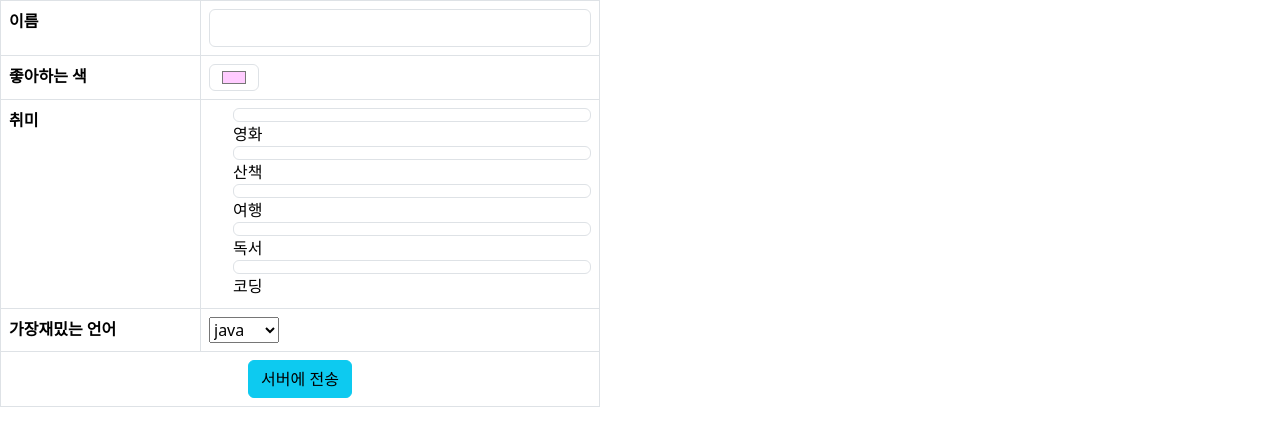
Repository: UZCHA/Sist0103Project
Page: http://localhost/SpringMvcTest/WEB-INF/info/infoform.jsp
An editor plug-in stored every save of this project. The page is shown before and after the next save, followed by the edit.
The browser window is 1280 px wide. The pictures show the whole page.
Some web fonts or font styles are not loaded; a fallback is used. The page is served by Tomcat 9. Nobody is signed in. The template is opened directly, without the code that normally fills it, so the values that code supplies are empty.

Above is the page before, as saved 2024-05-07 01:11:57.

### sts3work/SpringMvcTest/src/main/webapp/WEB-INF/info/infoform.jsp
<%@ page language="java" contentType="text/html; charset=utf-8"
    pageEncoding="utf-8"%>
<%@ taglib prefix="c" uri="http://java.sun.com/jsp/jstl/core" %>
<%@ taglib prefix="fmt" uri="http://java.sun.com/jsp/jstl/fmt" %>
<!DOCTYPE html>
<html>
<head>
<meta charset="UTF-8">
<link href="https://cdn.jsdelivr.net/npm/bootstrap@5.3.2/dist/css/bootstrap.min.css" rel="stylesheet">
<link href="https://fonts.googleapis.com/css2?family=Dongle&family=Gaegu&family=Nanum+Pen+Script&family=Noto+Sans+KR:wght@100..900&family=Noto+Serif+KR&display=swap" rel="stylesheet">
<script src="https://code.jquery.com/jquery-3.7.0.js"></script>
<title>Insert title here</title>
</head>
<body>
	<form action="" method="post">
		<table class="table table-bordered" style="width: 600px;">
			<tr>
				<th width="200">이름</th>
				<td>
					<input type="text" name="name" class="form-control">
				</td>
			</tr>
			<tr>
				<th>좋아하는 색</th>
				<td>
					<input type="color" name="color" class="form-control"
					value="#ffccff" style="width: 50px;">
				</td>
			</tr>
			<tr>
				<th>취미</th>
				<td>
				<div class="form-check">
					<input type="checkbox" name="hobby" class="form-control"
					value="영화">영화
					<input type="checkbox" name="hobby" class="form-control"
					value="산책">산책
					<input type="checkbox" name="hobby" class="form-control"
					value="여행">여행
					<input type="checkbox" name="hobby" class="form-control"
					value="독서">독서
					<input type="checkbox" name="hobby" class="form-control"
					value="코딩">코딩
				</div>
				</td>
			</tr>
			<tr>
				<th>가장재밌는 언어</th>
				<td>
					<select name="lang">
						<option value="java">java</option>
						<option value="html">html</option>
						<option value="ajax">ajax</option>
						<option value="spring">spring</option>
					</select>
				</td>
			</tr>
			<tr>
				<td colspan="2" align="center">
				<button type="submit" class="btn btn-info">서버에 전송</button>
				</td>
			</tr>
		</table>
	</form>
</body>
</html>

After the next save:
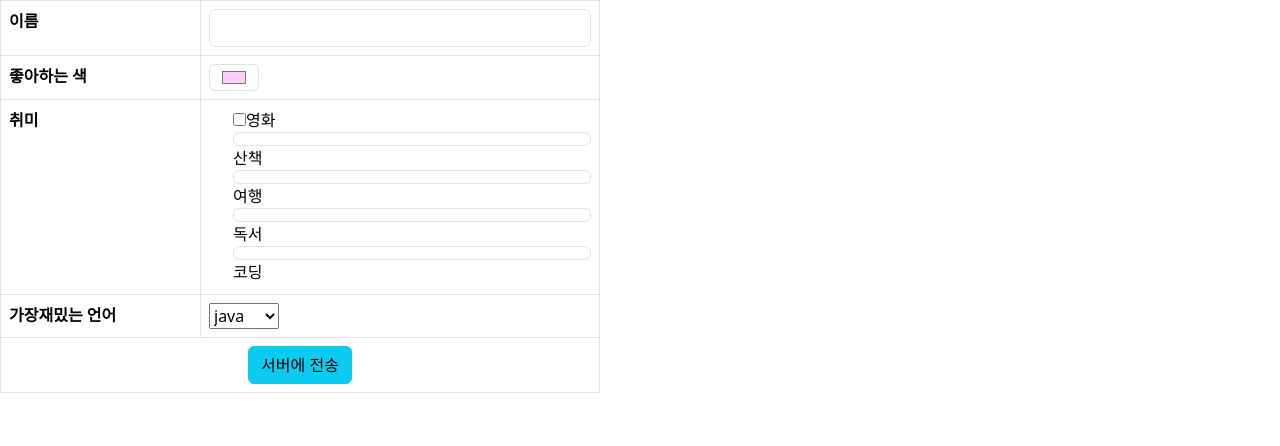
Saved 42 s later.
--- a/sts3work/SpringMvcTest/src/main/webapp/WEB-INF/info/infoform.jsp
+++ b/sts3work/SpringMvcTest/src/main/webapp/WEB-INF/info/infoform.jsp
@@ -31,7 +31,7 @@
 				<th>취미</th>
 				<td>
 				<div class="form-check">
-					<input type="checkbox" name="hobby" class="form-control"
+					<input type="checkbox" name="hobby"
 					value="영화">영화
 					<input type="checkbox" name="hobby" class="form-control"
 					value="산책">산책
